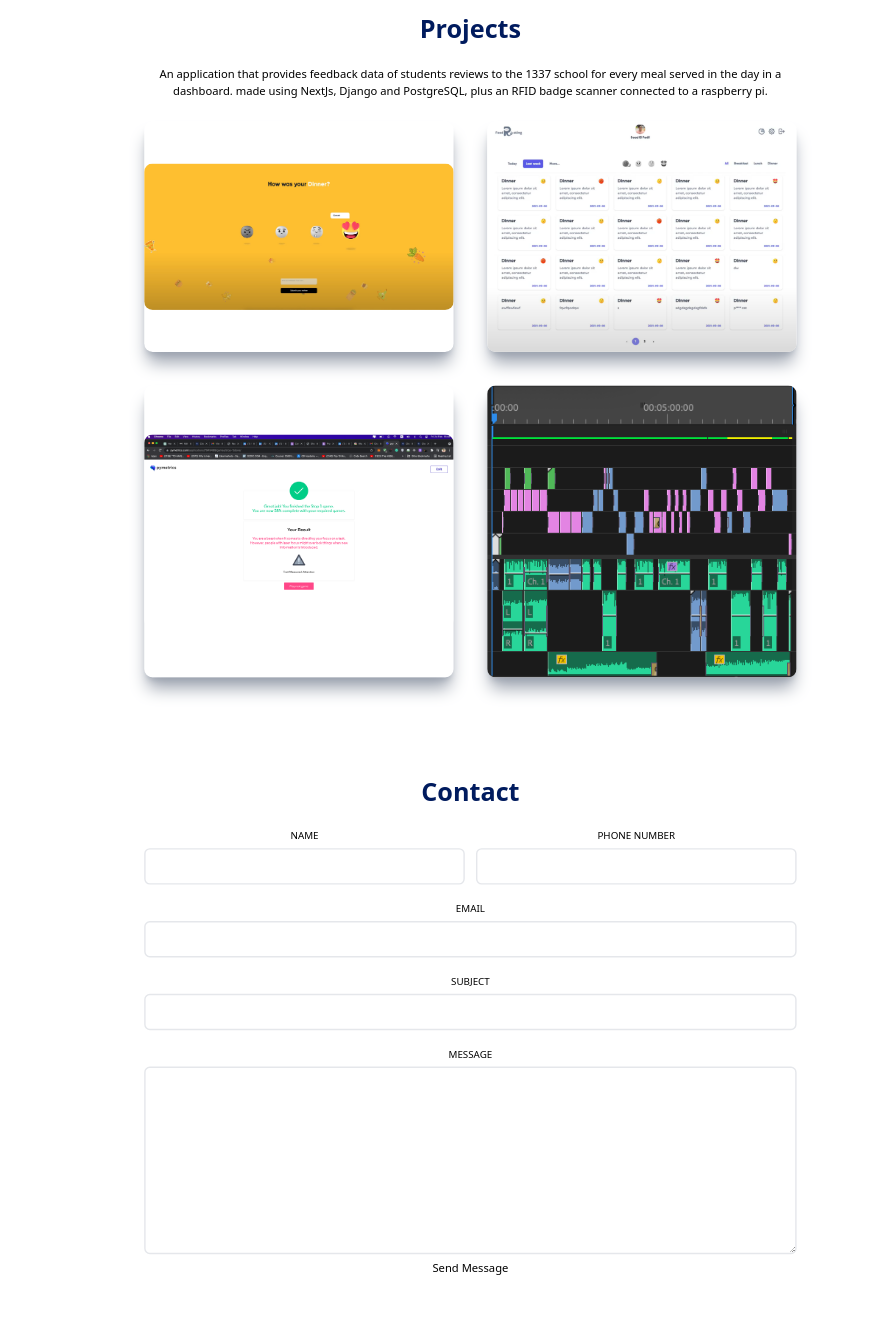
Repository: Saadelfadil/saadelfadil.github.io
Page: /
The author's editor kept a copy of each file at every save. The page is drawn from the files as they stood at one save, then again after a run of saves.
The browser window is 1280 px wide. The pictures show the part of the page from y = 794 to 2714 px (the page is 2714 px tall), at 70% of full size.
The project was rebuilt for these pictures with package versions that can differ from the ones it lists, and the page was loaded fresh each time. Also part of the build but not shown: vite.config.js.

Above is the page before, as saved 2023-02-26 19:00:28.

### src/App.jsx
import './App.css'
import Sidenave from './components/Sidenave'
import Main from './components/Main'
import Projects from './components/Projects'
import Contact from './components/Contact'

function App() {

  return (
    <div>
      <Sidenave />
      <Main />
      <Projects />
      <Contact />
    </div>
  )
}

export default App

### src/components/Sidenave.jsx
import React, { useState } from "react";
import { AiOutlineHome, AiOutlineMail, AiOutlineMenu, AiOutlineProject } from "react-icons/ai"
import { GrProjects } from "react-icons/gr"
import { BsPerson } from "react-icons/bs"

const Sidenave = () => {
    const [nav, setNav] = useState(false)

    const handleNav = () => {
        setNav((prev) => prev = !nav);
    };

  return (
    <div>
        <AiOutlineMenu onClick={handleNav} className="absolute top-4 right-4 z-[100] md:hidden"/>
        {
            nav ? (
                <div className="fixed w-full h-screen bg-white/90 flex flex-col justify-center items-center z-20">
                    <a href="#main" className="w-[75%] flex justify-center rounded-full shadow-lg bg-gray-100 shadow-gray-400 m-2 p-4 cursor-pointer hover:scale-110 ease-in duration-200">
                        <AiOutlineHome size={20}/>
                        <span className="pl-4">Home</span>
                    </a>
                    <a href="#work" className="w-[75%] flex justify-center rounded-full shadow-lg bg-gray-100 shadow-gray-400 m-2 p-4 cursor-pointer hover:scale-110 ease-in duration-200">
                        <GrProjects size={20}/>
                        <span className="pl-4">Work</span>
                    </a>
                    <a href="#projects" className="w-[75%] flex justify-center rounded-full shadow-lg bg-gray-100 shadow-gray-400 m-2 p-4 cursor-pointer hover:scale-110 ease-in duration-200">
                        <AiOutlineProject size={20}/>
                        <span className="pl-4">Projects</span>
                    </a>
                    <a href="#main" className="w-[75%] flex justify-center rounded-full shadow-lg bg-gray-100 shadow-gray-400 m-2 p-4 cursor-pointer hover:scale-110 ease-in duration-200">
                        <BsPerson size={20}/>
                        <span className="pl-4">Resume</span>
                    </a>
                    <a href="#contact" className="w-[75%] flex justify-center rounded-full shadow-lg bg-gray-100 shadow-gray-400 m-2 p-4 cursor-pointer hover:scale-110 ease-in duration-200">
                        <AiOutlineMail size={20}/>
                        <span className="pl-4">Contact</span>
                    </a>
                </div>
            ) : ""
        }

        <div className="md:block hidden fixed top-[25%] z-10">
            <div className="flex flex-col">
                <a href="#main" className="rounded-full shadow-lg bg-gray-100 shadow-gray-400 m-2 p-4 cursor-pointer hover:scale-110 ease-in duration-300 ">
                    <AiOutlineHome />
                </a>
                <a href="#work" className="rounded-full shadow-lg bg-gray-100 shadow-gray-400 m-2 p-4 cursor-pointer hover:scale-110 ease-in duration-300 ">
                    <GrProjects />
                </a>
                <a href="#projects" className="rounded-full shadow-lg bg-gray-100 shadow-gray-400 m-2 p-4 cursor-pointer hover:scale-110 ease-in duration-300 ">
                    <AiOutlineProject />
                </a>
                <a href="#main" className="rounded-full shadow-lg bg-gray-100 shadow-gray-400 m-2 p-4 cursor-pointer hover:scale-110 ease-in duration-300 ">
                    <BsPerson />
                </a>
                <a href="#contact" className="rounded-full shadow-lg bg-gray-100 shadow-gray-400 m-2 p-4 cursor-pointer hover:scale-110 ease-in duration-300 ">
                    <AiOutlineMail />
                </a>
            </div>
        </div>
    </div>
  )
};

export default Sidenave;

### src/components/Main.jsx
import React from "react";
import { TypeAnimation } from "react-type-animation"
import { FaGithub, FaInstagram, FaLinkedin } from "react-icons/fa"

const Main = () => {
  return (
    <div id="main">
        <img className="w-full h-screen object-cover object-right " src="/src/assets/saadelfadil.jpg" alt="saadelfadil" />
        <div className="w-full h-screen absolute top-0 left-0 bg-white/50 ">
            <div className="max-w-[700px] m-auto h-full w-full flex flex-col justify-center lg:items-start items-center ">
                <h1 className="sm:text-5xl text-4xl font-bold text-gray-800">I'm Saad El fadil</h1>
                <h2 className="flex sm:text-3xl text-2xl pt-4 text-gray-800">I'm a
                    <TypeAnimation
                        sequence={[
                            'Software Engineer', // Types 'One'
                            1000, // Waits 1s
                            'Videomaker', // Deletes 'One' and types 'Two'
                            2000, // Waits 2s
                        ]}
                        wrapper="div"
                        cursor={true}
                        repeat={Infinity}
                        style={{ fontSize: '1em', paddingLeft: "5px" }}
                    />
                </h2>
                <div className="flex justify-between pt-6 max-w-[150px] w-full">
                        <FaInstagram size={20} className="cursor-pointer"/>
                        <FaLinkedin size={20} className="cursor-pointer"/>
                        <FaGithub size={20} className="cursor-pointer"/>
                </div>
            </div>
        </div>
    </div>
  )
};

export default Main;

### src/components/Projects.jsx
import React from "react";
import ProjectItem from "./ProjectItem";
import img from "../assets/1337_foodback.png";
import img2 from "../assets/1337_foodback_2.png";
import img3 from "../assets/1337_foodback_3.png";
import img4 from "../assets/1337_foodback_4.png";


const Projects = () => {
  return (
    <div id="projects" className="max-w-[1028px] m-auto md:pl-20 p-4 py-16">
        <h1 className="text-4xl font-bold text-center text-[#001b5e] ">Projects</h1>
        <p className="text-center py-8">
            An application that provides feedback data of students reviews to the 1337 school for every meal served in the day in a dashboard. made using NextJs, Django and PostgreSQL, plus an RFID badge scanner connected to a raspberry pi.
        </p>
        <div className="grid sm:grid-cols-2 gap-12">
            <ProjectItem img={img} title="1337 FoodBack"/>
            <ProjectItem img={img2} title="App 2"/>
            <ProjectItem img={img3} title="App 3"/>
            <ProjectItem img={img4} title="App 4"/>
        </div>
    </div>
  )
};

export default Projects;

### src/components/Contact.jsx
import React from "react";

const Contact = () => {
  return (
    <div id="contact" className="max-w-[1028px] m-auto md:pl-20 p-4 py-16">
        <h1 className="py-4 text-4xl font-bold text-center text-[#001b5e]">
            Contact
        </h1>
        <form action="" method="POST" encType="multipart/form-data" >
            <div className="grid md:grid-cols-2 gap-4 w-full py-2">
                <div className="flex flex-col">
                    <label className="uppercase text-sm py-2" htmlFor="">Name</label>
                    <input className="border-2 rounded-lg p-3 flex border-gray-200 " type="text" name="name" />
                </div>
                <div className="flex flex-col">
                    <label className="uppercase text-sm py-2" htmlFor="">Phone Number</label>
                    <input className="border-2 rounded-lg p-3 flex border-gray-200 " type="text" name="phone" />
                </div>
            </div>
            <div className="flex flex-col py-2">
                <label className="uppercase text-sm py-2" htmlFor="">Email</label>
                <input className="border-2 rounded-lg p-3 flex border-gray-200 " type="email" name="email"/>
            </div>
            <div className="flex flex-col py-2">
                <label className="uppercase text-sm py-2" htmlFor="">Subject</label>
                <input className="border-2 rounded-lg p-3 flex border-gray-200 " type="text" name="subject"/>
            </div>
            <div className="flex flex-col py-2">
                <label className="uppercase text-sm py-2" htmlFor="">Message</label>
                <textarea className="border-2 rounded-lg p-3 flex border-gray-200 " rows='10' name="message"></textarea>
            </div>
            <button className="" type="submit">
                Send Message
            </button>
        </form>
    </div>
  )
};

export default Contact;

### src/components/ProjectItem.jsx
import React from "react";

const ProjectItem = ({img, title}) => {
  return (
    <div className="relative flex items-center justify-center w-full h-auto shadow-xl shadow-gray-400 rounded-xl group hover:bg-gradient-to-r from-gray-200 to-[#001b5e]">
        <img src={img} alt="/" className="rounded-xl group-hover:opacity-10" />
        <div className="hidden group-hover:block absolute top-[50%] left-[50%] translate-x-[-50%] translate-y-[-50%] ">
            <h3 className="text-xl font-bold text-white  text-center">
                {title}
            </h3>
            <p className="pb-4 pt-2 text-white text-center">React Js</p>
            <a href="/">
                <p className="text-center p-2 rounded-lg bg-white text-gray-700 font-bold cursor-pointer text-sm">More Info</p>
            </a>
        </div>
    </div>
  )
};

export default ProjectItem;

Loaded but not shown: index.html (common file); src/main.jsx (common file); src/index.css (common file); src/App.css (common file); tailwind.config.cjs (common file)

After the next 7 saves:
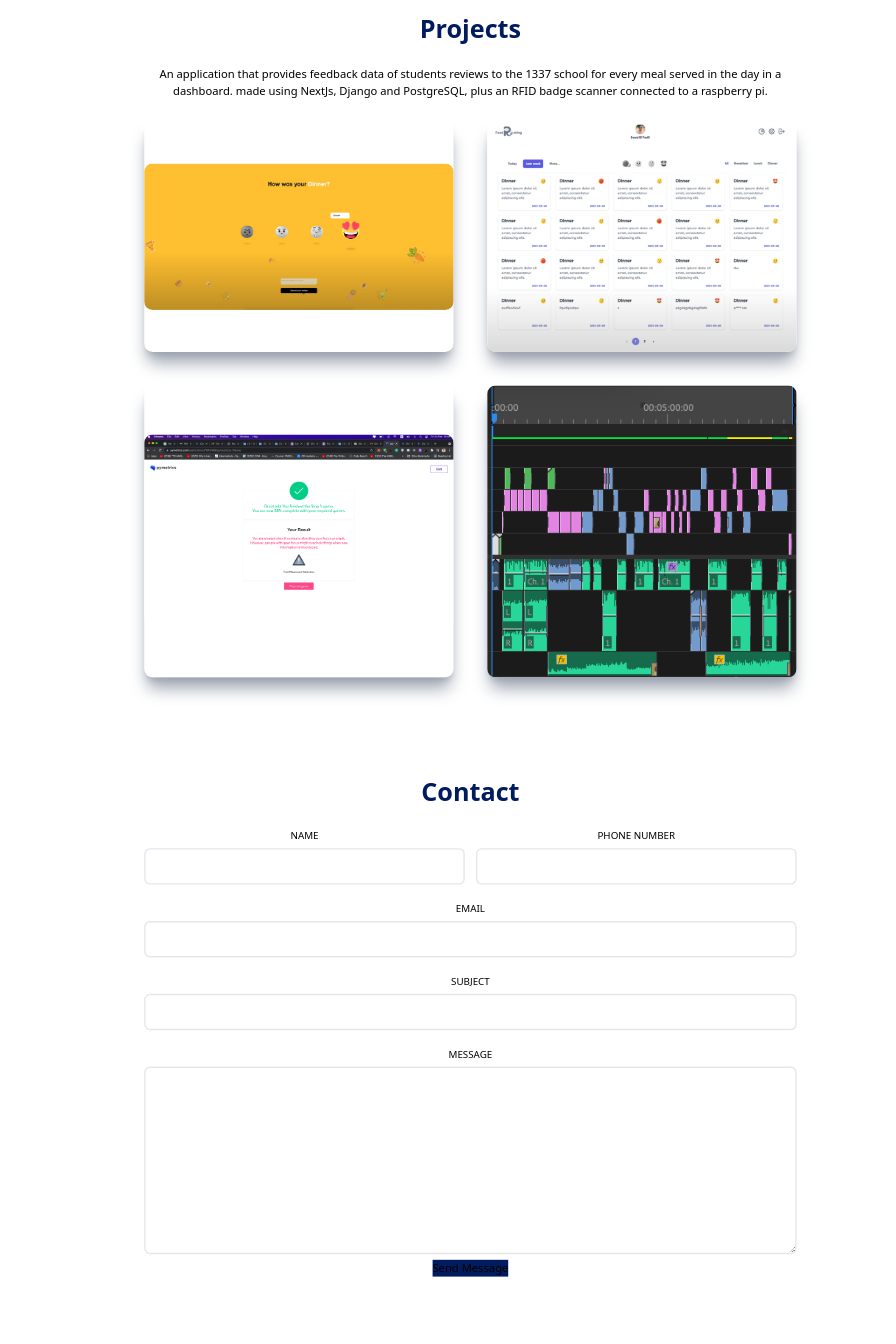
The 7 saves are shown as one change because they came seconds apart.
The last was saved 22 s later.
--- a/src/components/Contact.jsx
+++ b/src/components/Contact.jsx
@@ -29,7 +29,7 @@ const Contact = () => {
                 <label className="uppercase text-sm py-2" htmlFor="">Message</label>
                 <textarea className="border-2 rounded-lg p-3 flex border-gray-200 " rows='10' name="message"></textarea>
             </div>
-            <button className="" type="submit">
+            <button className="bg-[#001b5e] " type="submit">
                 Send Message
             </button>
         </form>
